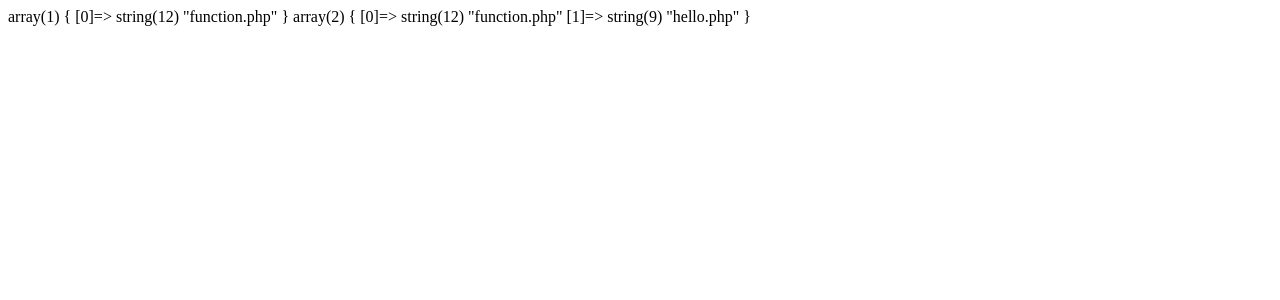
Repository: YokoInoue-u/samurai_PHP
Page: http://localhost/chap5.enshu3.php
The author's editor kept a record of every edit. The page is drawn from the files as they stood at one moment, then again after the next edit.
The browser window is 1280 px wide. The pictures show the whole page.
The page is run by PHP 8.4 with error messages shown; the project is at /var/www/html/.

Above is the page before.

After the next edit:
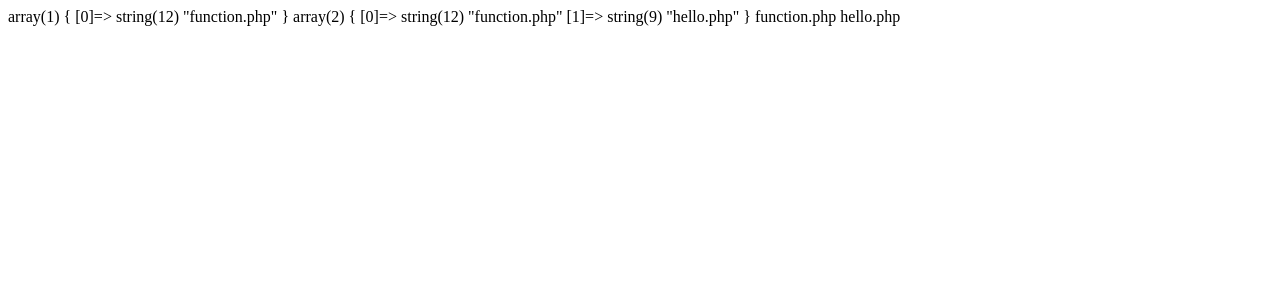
The edit:
--- a/chap5.enshu3.php
+++ b/chap5.enshu3.php
@@ -9,6 +9,9 @@
 var_dump($file_list);
 
 add_list("hello");
-var_dump($file_list)
+var_dump($file_list);
 
+foreach ($file_list as &$file) {
+    print($file."\n");
+}
 ?>
